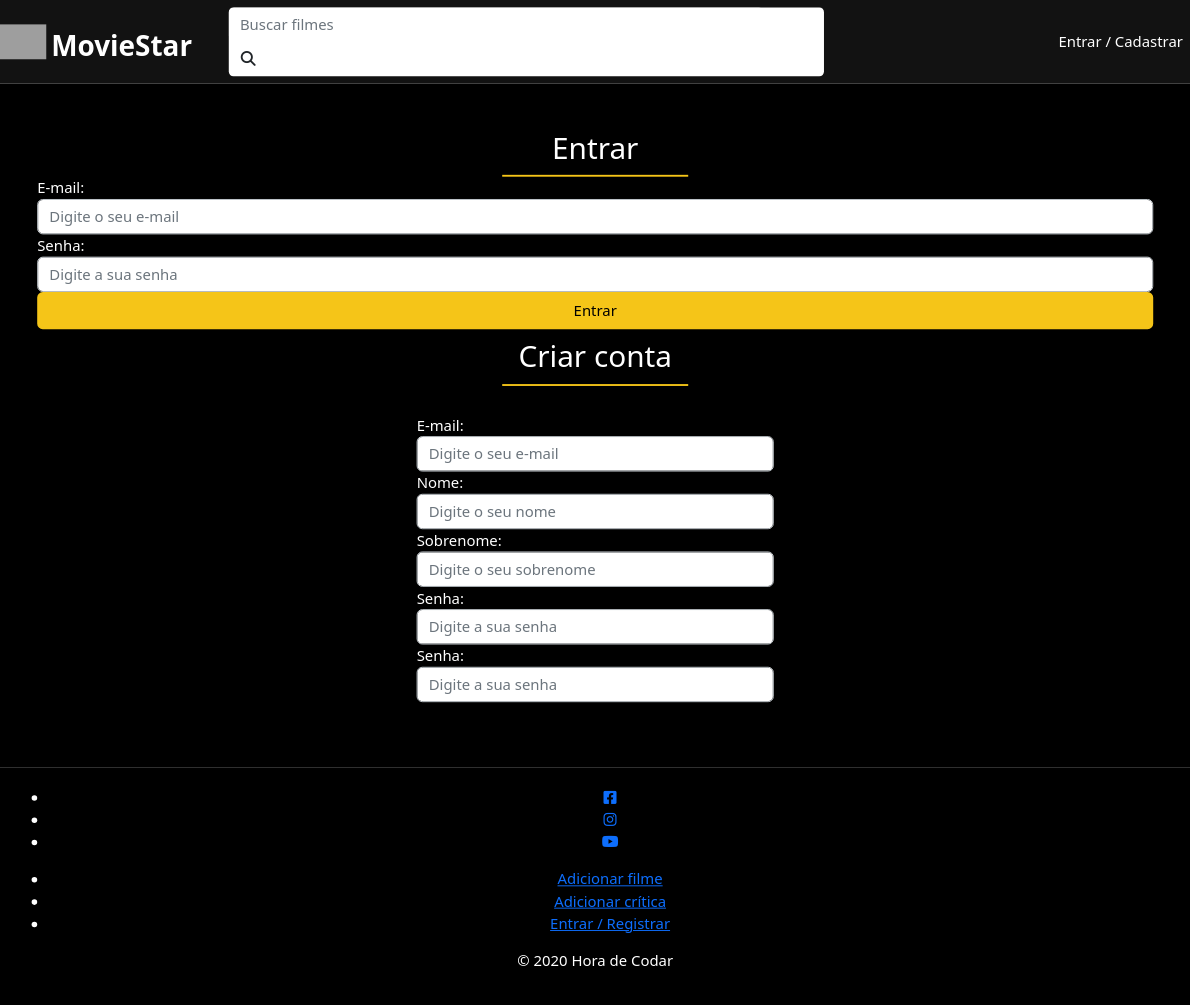
Repository: YuriSarmanho/PHPcourse
Page: http://localhost/auth.php
The author's editor kept a copy of each file at every save. The page is drawn from the files as they stood at one save, then again after the next save.
The browser window is 1280 px wide. The pictures show the whole page, at 93% of full size.
Pictures or frames that could not be fetched are drawn as grey boxes. Some web libraries are served in a nearby version. The page is run by PHP 8.4 with error messages shown; the project is at /var/www/html/.

Above is the page before, as saved 2022-08-28 21:09:17.

### 19_movieStar/auth.php
<?php
    require_once("templates/header.php");
?>

<div id="main-container" class="container-fluid">
    <div class="col-md-12">
        <div class="row" id="auth-row">
            <div class="col-md-4" id="login-container">
                <h2>Entrar</h2>
            </div>
            <form action="" method="POST">
                <input type="hidden" name="type" value="login">
                <div class="form-group">
                    <label for="email">E-mail:</label>
                    <input type="email" class="form-control" id="email" name="email" placeholder="Digite o seu e-mail">
                </div>
                <div class="form-group">
                    <label for="password">Senha:</label>
                    <input type="password" class="form-control" id="password" name="password" placeholder="Digite a sua senha">
                </div>
                <input type="submit" class="btn card-btn" value="Entrar">
            </form>

            <div class="col-md-4" id="register-container">
                <h2>Criar conta</h2>
                <form action="" method="POST">
                    <input type="hidden" name="type" value="register">
                    <div class="form-group">
                        <label for="email">E-mail:</label>
                        <input type="email" class="form-control" id="email" name="email" placeholder="Digite o seu e-mail">
                    </div>
                    <div class="form-group">
                        <label for="name">Nome:</label>
                        <input type="text" class="form-control" id="name" name="name" placeholder="Digite o seu nome">
                    </div>
                    <div class="form-group">
                        <label for="lastname">Sobrenome:</label>
                        <input type="text" class="form-control" id="lastname" name="lastname" placeholder="Digite o seu sobrenome">
                    </div>
                    <div class="form-group">
                        <label for="password">Senha:</label>
                        <input type="password" class="form-control" id="password" name="password" placeholder="Digite a sua senha">
                    </div>
                    <div class="form-group">
                        <label for="password">Senha:</label>
                        <input type="password" class="form-control" id="password" name="password" placeholder="Digite a sua senha">
                    </div>
                </form>
            </div>

        </div>
    </div>
</div>

<?php
    require_once("templates/footer.php");
?>

### 19_movieStar/templates/header.php
<?php
    require_once("globals.php");
    require_once("db.php");

    $flassMessage = [];
?>

<!DOCTYPE html>
<html lang="en">
<head>
    <meta charset="UTF-8">
    <meta http-equiv="X-UA-Compatible" content="IE=edge">
    <meta name="viewport" content="width=device-width, initial-scale=1.0">
    <title>MovieStar</title>
    <link rel="short icon" href="<?=$BASE_URL?>img/moviestar.ico">
    <!-- Bootstrap -->
    <link rel="stylesheet" href="https://cdnjs.cloudflare.com/ajax/libs/twitter-bootstrap/5.2.0/css/bootstrap.css" integrity="sha512-h1rwF0uB6r2IuEZcyjPrR53bBKN9Wb4yL+w3Rdlzmc3CkBF1gMSFvQIIstnu4bEtYDaKca5ke5S8UBAACRImyg==" crossorigin="anonymous" referrerpolicy="no-referrer" />
    <!-- Font Awesome-->
    <link rel="stylesheet" href="https://cdnjs.cloudflare.com/ajax/libs/font-awesome/6.1.2/css/all.min.css" integrity="sha512-1sCRPdkRXhBV2PBLUdRb4tMg1w2YPf37qatUFeS7zlBy7jJI8Lf4VHwWfZZfpXtYSLy85pkm9GaYVYMfw5BC1A==" crossorigin="anonymous" referrerpolicy="no-referrer" />
    <!-- CSS do projeto -->
    <link rel="stylesheet" href="<?=$BASE_URL?> css/styles.css">
</head>
<body>
    <header>
        <nav id="main-navbar" class="navbar navbar-expand-lg">
            <a href="<?=$BASE_URL?>" class="navbar-brand">
                <img src="<?$BASE_URL?>img/logo.svg" alt="MovieStar" id="logo">
                <spam id="moviestar-title">MovieStar</spam>
            </a>
            <button class="navbar-toggler" type="button" data-toggler="collapse"
            data-target="#navbar" aria-controls="navbar" aria-expanded="false" aria-label="Toggle
            navgation">
                <i class="fas fa-bars"></i>
            </button>
            <form action="" method="GET" id="search-form" class="form-inline my-2 my-lg-0">
                <input type="text" name="q" id="search" class="form-control mr-sm-2" type="search"
                placeholder="Buscar filmes" aria-label="Search">
                <button class="btn my-2 my-sm-0" type="submit">
                    <i class="fas fa-search"></i>
                </button>
            </form>
            <div class="collapse navbar-collapse" id="navbar">
                <ul class="navbar-nav">
                    <li class="nav-item">
                        <a href="<?=$BASE_URL?>auth.php" class="nav-link">Entrar / Cadastrar</a>
                    </li>
                </ul>
            </div>
        </nav>
    </header>
    <?php if(!empty($flassMessage["msg"])):?>
        <div class="msg-container">
            <p class="msg <?=$flassMessage["type"]?>"><?=$flassMessage["msg"]?></p>
        </div>
    <?php endif; ?>

### 19_movieStar/globals.php
<?php
    session_start();

    $BASE_URL = "http://" . $_SERVER["SERVER_NAME"] . dirname($_SERVER["REQUEST_URI"]."?");

### 19_movieStar/db.php
<?php

    $db_name = "moviestar";
    $db_host = "localhost";
    $db_user = "root";
    $db_pass = "";

    $conn = new PDO("mysql:dbname=".$db_name .";host=". $db_host, $db_user, $db_pass);

    $conn->setAttribute(PDO::ATTR_ERRMODE, PDO::ERRMODE_EXCEPTION);
    $conn->setAttribute(PDO::ATTR_EMULATE_PREPARES,false);

### 19_movieStar/templates/footer.php
<footer id="footer">
        <div class="social-container">
            <ul>
                <li>
                    <a href="#"><i class="fab fa-facebook-square"></i></a>
                </li>
                <li>
                    <a href="#"><i class="fab fa-instagram"></i></a>
                </li>
                <li>
                    <a href="#"><i class="fab fa-youtube"></i></a>
                </li>
            </ul>
        </div>
        <div class="footer-links-container">
            <ul>
                <li><a href="#">Adicionar filme</a></li>
                <li><a href="#">Adicionar crítica</a></li>
                <li><a href="#">Entrar / Registrar</a></li>
            </ul>
        </div>
        <p>&copy; 2020 Hora de Codar</p>
    </footer>

<!-- Bootstrap JS-->
    <script src="https://cdnjs.cloudflare.com/ajax/libs/twitter-bootstrap/5.2.0/js/bootstrap.js" integrity="sha512-39Q5Yw4jtWPVkYu5Dry3HiRh6DWG4FDODb/rHF+X2Xp0kzhg9VgTyYV209uQ/EsqPDP/4dDvwm1rb8JgnAkHNg==" crossorigin="anonymous" referrerpolicy="no-referrer"></script>
    <script src="https://cdnjs.cloudflare.com/ajax/libs/jquery/3.6.0/jquery.min.js" integrity="sha512-894YE6QWD5I59HgZOGReFYm4dnWc1Qt5NtvYSaNcOP+u1T9qYdvdihz0PPSiiqn/+/3e7Jo4EaG7TubfWGUrMQ==" crossorigin="anonymous" referrerpolicy="no-referrer"></script>
</body>
</html>

### 19_movieStar/css/styles.css
/* Navbar */
.navbar-brand {
  position: relative;
}

#logo {
  width: 50px;
}

#moviestar-title {
  color: #FFF;
  position: absolute;
  bottom: -2px;
  font-size: 30px;
  left: 55px;
  font-weight: bold;
}

#main-navbar {
  background-color: #121212;
}

#search-form {
  margin: 0 auto;
  background-color: #FFF;
  border-radius: 5px;
  width: 50%;
  margin-left: 180px;
}

#search-form .form-control {
  border: none;
  width: 90%;
  box-shadow: none;
}

#navbar {
  min-width: 30%;
}

.navbar-nav {
  justify-content: flex-end;
  width: 100%;
}

.navbar-nav .nav-item .nav-link {
  color: #FFF;
  transition: .5s;
}

.navbar-nav .nav-item .nav-link:hover {
  color: #999;
}

.bold {
  font-weight: bold;
}

.msg-container {
  background-color: #000;
  padding: 15px;
}

.msg {
  width: 60%;
  margin: 0 auto;
  padding: 10px;
  border: solid 1px #000;
  text-align: center;
}

.msg.error {
  color: #842029;
  background-color: #F8D7DA;
  border-color: #F5C2C7;
}

.msg.success {
  color: #0F5132;
  background-color: #D1E7DD;
  border-color: #BADBCC;
}

/* Home */
#main-container {
  background-color: #000;
  color: #FFF;
  min-height: 65vh;
  padding: 40px;
}

.section-title {
  font-size: 24px;
  border-left: 4px solid #F5C518;
  padding-left: 12px;
  margin-top: 20px;
}

.section-description {
  color: #CCC;
  font-size: 18px;
}

.movies-container {
  display: flex;
  flex-wrap: wrap;
  margin: 0 -15px;
}

.movie-card {
  background-color: #1A1A1A;
  width: 18%;
  margin-bottom: 30px;
  margin-left: 1%;
  margin-right: 1%;
}

.movie-card .card-img-top {
  height: 300px;
  width: 100%;
  background-size: cover;
  background-position: center;
}

.card-title {
  height: 3rem;
}

.card-title a {
  font-size: 16px;
  color: #FFF;
}

.fas.fa-star {
  color: #F5C518;
}

.rating {
  color: #CCC;
}

.rate-btn {
  margin-bottom: 15px;
  color: #5799EF;
  background-color: #333;
  border-color: #333;
  width: 100%;
  font-weight: bold;
}

.rate-btn:hover {
  background-color: #444;
  border-color: #444;
}

.empty-list {
  text-align: center;
  font-size: 18px;
  width: 100%;
  font-weight: bold;
}

/* Login / Register */
#auth-row {
  justify-content: space-evenly;
}

#login-container h2,
#register-container h2 {
  text-align: center;
  border-bottom: 2px solid #F5C518;
  width: 200px;
  margin: 0 auto;
  padding: 10px;
}

#login-container form,
#register-container form {
  max-width: 400px;
  margin: 30px auto;
}

.card-btn {
  color: #000;
  background-color: #F5C518;
  border: 2px solid #F5C518;
  width: 100%;
}

.card-btn:hover {
  background-color: transparent;
  color: #F5C518;
  border-color: #F5C518;
}

/* Edit Profile */
#profile-image-container,
.profile-image-container {
  width: 150px;
  height: 150px;
  border: 6px solid #F5C518;
  border-radius: 100%;
  background-size: cover;
  background-position: center;
  margin: 15px auto;
}

.profile-image-container {
  width: 70px;
  height: 70px;
}

.page-description {
  color: #999;
}

#bio {
  max-width: 400px;
}

.form-control.disabled {
  background-color: #BBB;
}

#change-password-container {
  margin-top: 30px;
}

.edit-profile-page .card-btn,
#add-movie-container .card-btn,
#review-form .card-btn,
#edit-movie-form .card-btn {
  width: auto;
}

/* Profile */
.profile-container {
  justify-content: center;
}

.profile-container .profile-image {
  margin: 20px auto;
}

.about-title {
  color: #CCC;
}

.profile-description {
  max-width: 500px;
  margin: 20px auto;
}

.added-movies-container,
.about-container {
  padding-top: 20px;
}

.about-container {
  text-align: center;
  background-color: #333;
  border-bottom: 3px solid #CCC;
}

.added-movies-container {
  background-color: #333;
}

.added-movies-container .movies-container {
  padding: 20px;
}

.added-movies-container .movie-card {
  width: 31%;
}

/* New Movie */
.new-movie-container {
  text-align: center;
}

#add-movie-form {
  text-align: left;
}

.movie-image-container {
  height: 400px;
  min-width: 200px;
  background-position: center;
  background-size: cover;
}

.page-title:after {
  content: "";
  width: 300px;
  border-bottom: 2px solid #F5C518;
  display: block;
  margin: 0 auto;
  padding-top: 7px;
}

/* Movie */
.movie-container {
  text-align: center;
}

.movie-details {
  margin: 25px 0;
}

.pipe {
  border: 1px solid #333;
  margin: 0 10px;
}

#reviews-title {
  margin-bottom: 25px;
}

#review-form-container {
  background-color: #333;
  padding: 20px;
}

#review-form-container select,
#review-form-container textarea {
  width: 50%;
}

#reviews-container {
  margin-top: 20px;
  padding-top: 20px;
  border-top: 4px solid #F5C518;
}

.review {
  padding: 20px 0;
  border-bottom: 1px solid #333;
}

.author-details-container {
  padding-top: 20px;
}

.author-name a {
  color: #F5C518;
}

.comment-title {
  color: #999;
}

/* Dashboard */
#add-movie-container {
  text-align: right;
}

#movies-dashboard .table {
  color: #FFF;
}

#movies-dashboard .table th {
  border-top: none;
}

#movies-dashboard .table tr {
  padding: 15px 0;
}

.table-movie-title {
  color: #FFF;
  font-weight: bold;
  transition: .5s;
}

.table-movie-title:hover {
  color: #F5C518;
}

.actions-column {
  max-width: 75px;
  text-align: center;
}

.actions-column form {
  display: inline-block;
}

.edit-btn,
.delete-btn {
  padding: 5px 10px;
  border-radius: 5px;
  margin: 0 5px;
  font-weight: bold;
  transition: .5s;
  border: none;
}

.edit-btn {
  background-color: #0DCAF0;
  color: #FFF;
}

.edit-btn:hover {
  background-color: transparent;
  color: #0DCAF0;
  text-decoration: none;
}

.delete-btn {
  background-color: #DC3545;
  color: #FFF;
}

.delete-btn:hover {
  background-color: transparent;
  color: #DC3545;
  text-decoration: none;
}

/* Search */
#search-title {
  font-size: 40px;
}

#search-result,
.back-link {
  color: #F5C518;
}

/* Footer */
#footer {
  background-color: #000;
  color: #FFF;
  text-align: center;
  margin: 0;
  padding: 20px;
}

#social-container ul,
#footer-links-container ul {
  list-style-type: none;
  padding: 0;
}

#social-container li,
#footer-links-container li {
  display: inline-block;
  margin: 0 20px;
}

#social-container li {
  height: 40px;
  width: 40px;
  border-radius: 100%;
  transition: .5s;
  line-height: 3;
}

#social-container li:hover {
  background-color: #333;
}

#social-container a,
#footer-links-container a {
  color: #FFF;
  transition: .5s;
}

#social-container li i {
  font-size: 25px;
}

#footer-links-container {
  margin: 30px 0;
}

/* Responsivo */
@media(max-width: 450px) {

  #main-container {
    padding: 20px;
  }

  /* Home */
  #search-form {
    width: 100%;
    margin-left: 0;
  }

  #search-form .form-control {
    width: 85%;
  }

  .section-title {
    font-size: 2.2rem;
    margin-bottom: 1rem;
  }

  .movies-container {
    padding: 0 15px;
  }

  .movie-card {
    width: 100%;
  }

  .movie-details {
    display: flex;
    flex-direction: column;
  }

  .movie-details span {
    padding-bottom: 8px;
  }

  .pipe {
    display: none;
  }

  .movie-container iframe {
    max-width: 100% !important;
  }

  #reviews-container {
    padding-left: 0;
    padding-right: 0;
  }

  #review-form-container select,
  #review-form-container textarea {
    width: 100%;
  }

  .empty-list {
    margin-top: 20px;
  }

  .msg {
    width: 100%;
  }

  /* Movie */
  .review {
    padding: 0 15px;
  }

  /* Dashboard */
  #movies-dashboard {
    padding: 0;
  }

  .actions-column {
    width: 140px;
  }

  .edit-btn {
    display: block;
    margin-bottom: 10px;
  }

  /* Edit movie */
  .movie-image-container {
    margin-top: 1rem;
  }

  .fas.fa-bars {
    color: #F5C518;
  }

}

After the next save:
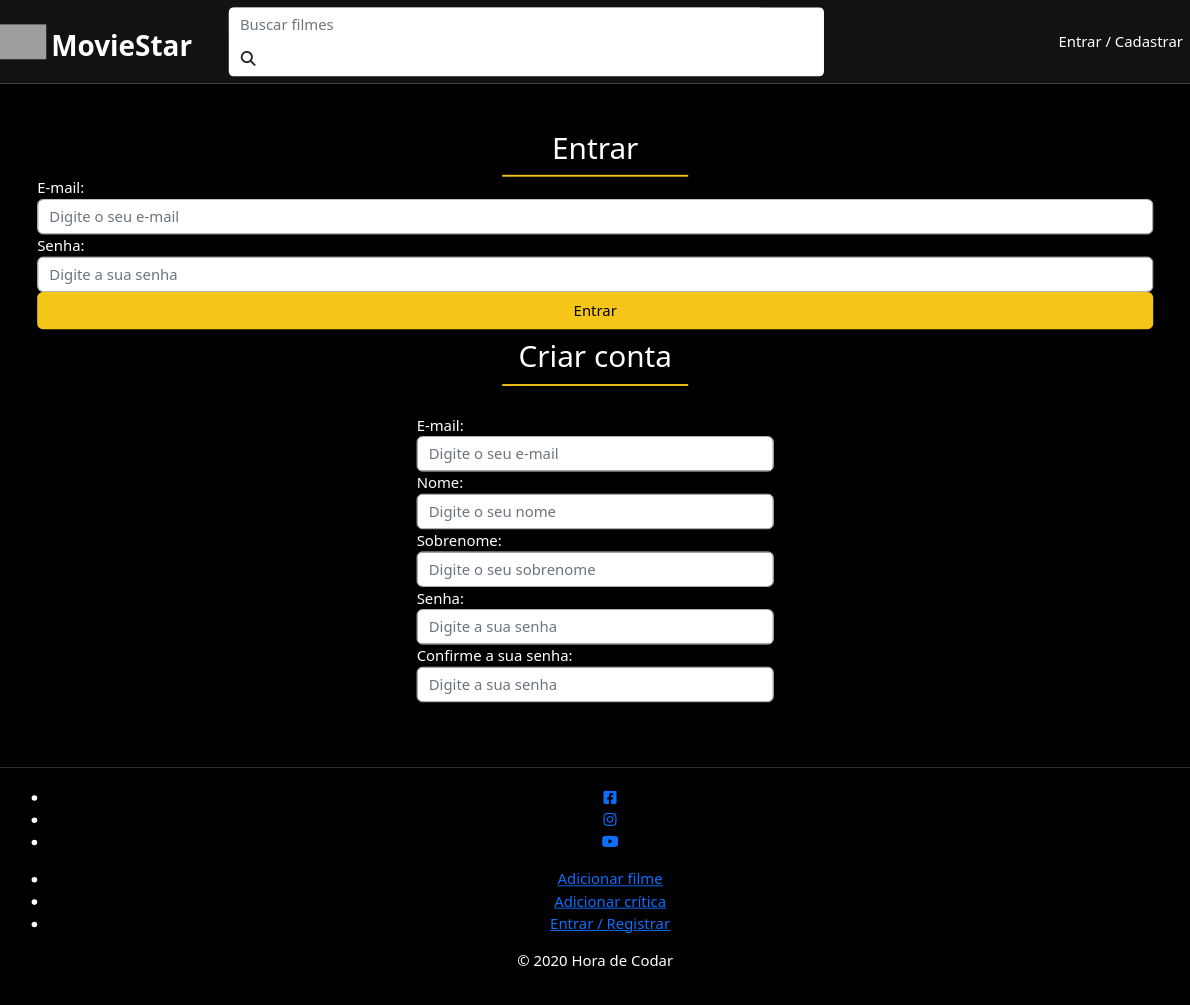
Saved 10 s later.
--- a/19_movieStar/auth.php
+++ b/19_movieStar/auth.php
@@ -42,7 +42,7 @@
                         <input type="password" class="form-control" id="password" name="password" placeholder="Digite a sua senha">
                     </div>
                     <div class="form-group">
-                        <label for="password">Senha:</label>
+                        <label for="password">Confirme a sua senha:</label>
                         <input type="password" class="form-control" id="password" name="password" placeholder="Digite a sua senha">
                     </div>
                 </form>
